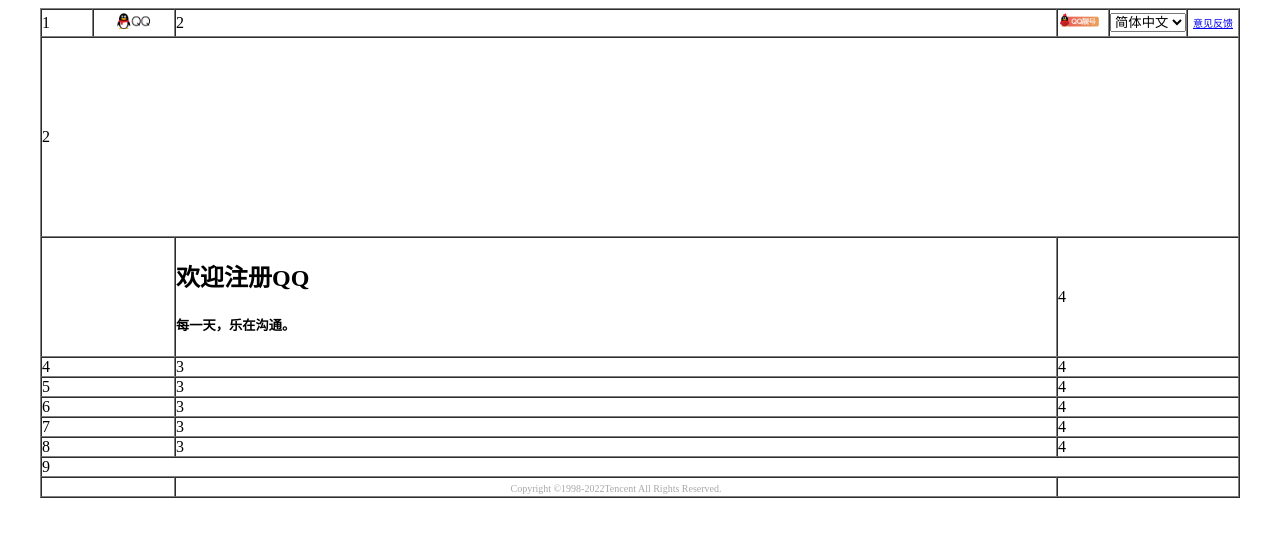
Repository: l897284707/0913
Page: qq注册界面.html
An editor plug-in stored every save of this project. The page is shown before and after the next save, followed by the edit.
The browser window is 1280 px wide. The pictures show the whole page.

Above is the page before, as saved 2022-09-13 20:53:17.

After the next save:
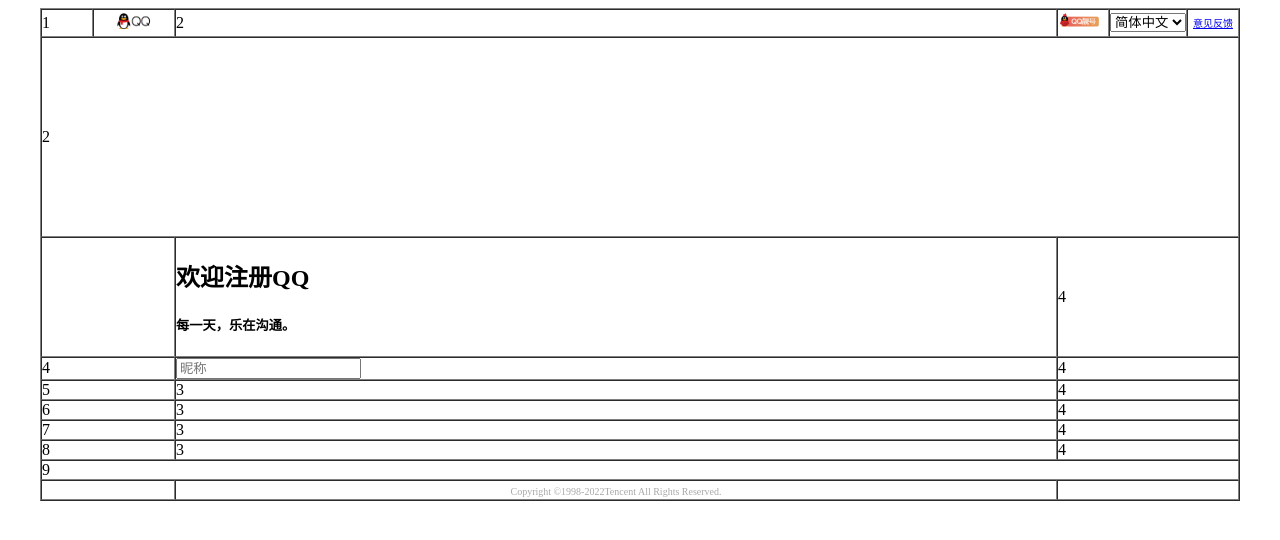
Saved 64 s later.
--- a/qq注册界面.html
+++ b/qq注册界面.html
@@ -44,7 +44,9 @@
         </tr>
         <tr>
             <td colspan="3">4</td>
-            <td>3</td>
+            <td>
+                <input type="text" placeholder="昵称">
+            </td>
             <td colspan="4">4</td>
 
         </tr>
